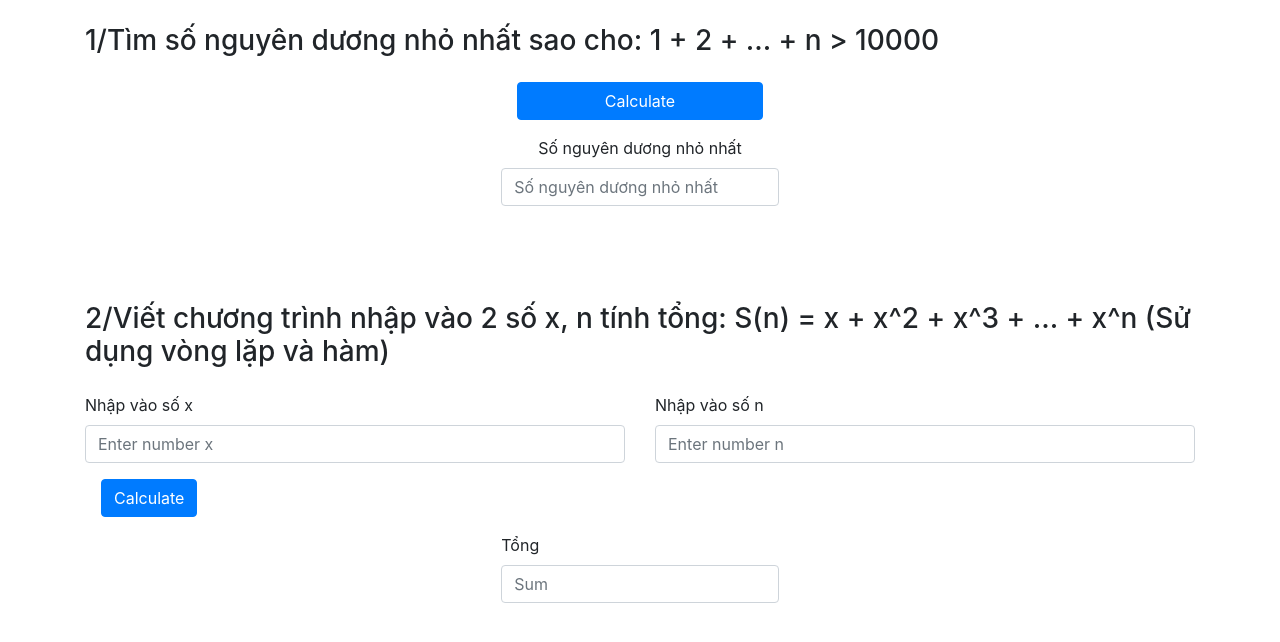
Repository: baobaodeveloper/bootcamp21__loop__HuynhAnhBao
Page: index.html
These files come from the project's save history. The page is drawn as it stood at one moment and after the next save; the edit follows.
The browser window is 1280 px wide. The pictures show the whole page.

Above is the page before, as saved 2022-03-16 23:21:11.

After the next save:
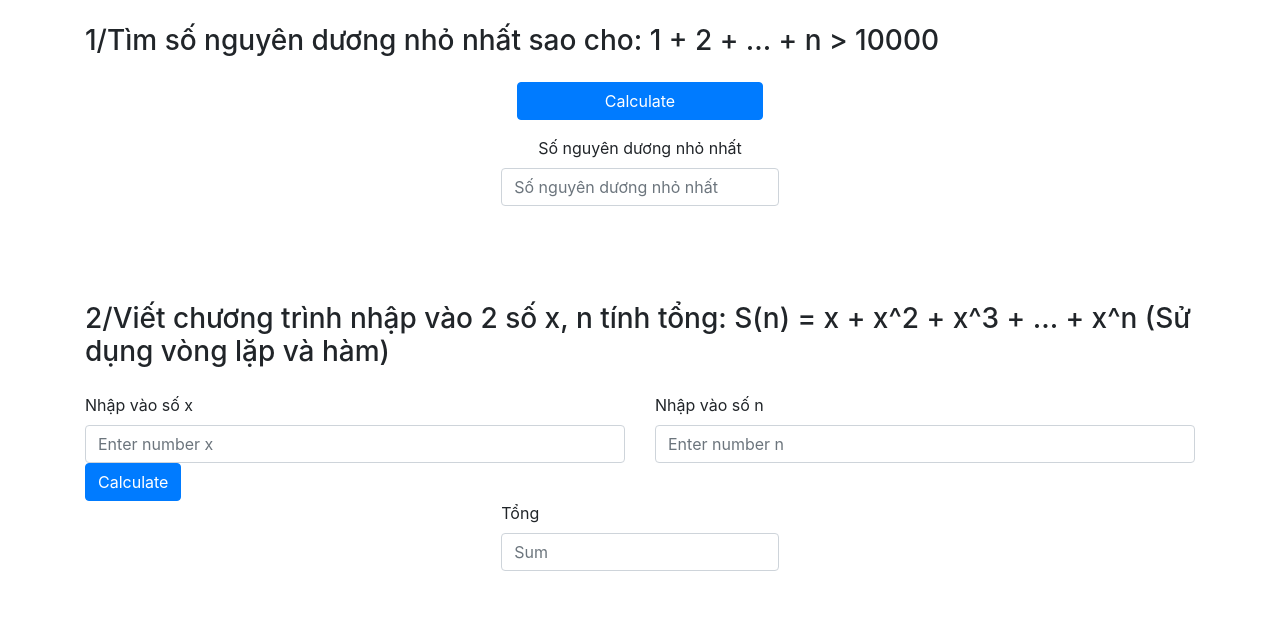
Saved 16 s later.
--- a/index.html
+++ b/index.html
@@ -64,7 +64,11 @@
         </div>
       </div>
 
-      <button type="button" id="calculate-sum" class="btn btn-primary m-3">
+      <button
+        type="button"
+        id="calculate-sum"
+        class="btn btn-primary m-3 m-auto"
+      >
         Calculate
       </button>
 
